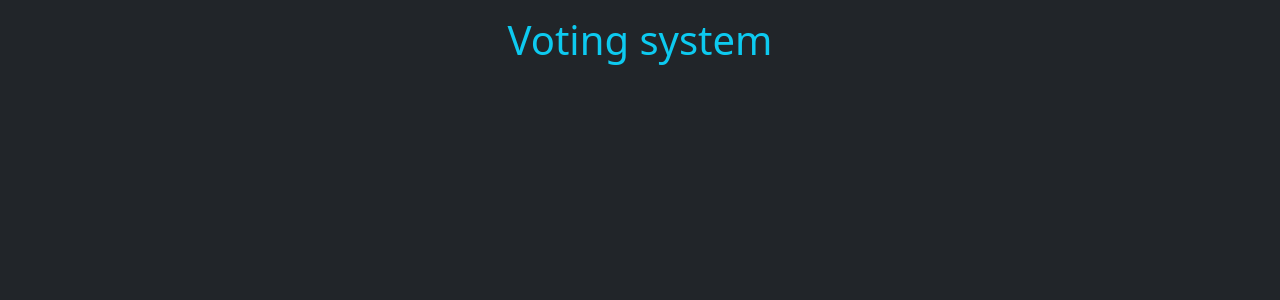
Repository: AvinashLikesToLearnNewStuff/VotingSite
Page: http://localhost/
An editor plug-in stored every save of this project. The page is shown before and after the next save, followed by the edit.
The browser window is 1280 px wide. The pictures show the whole page.
The page is run by PHP 8.4 with error messages shown; the project is at /var/www/html/.

Above is the page before, as saved 2023-03-09 09:48:13.

### index.php
<!DOCTYPE html>
<html lang="en">
<head>
    <meta charset="UTF-8">
    <meta http-equiv="X-UA-Compatible" content="IE=edge">
    <meta name="viewport" content="width=device-width, initial-scale=1.0">
    <title>PHP voting system</title>
    <!-- bootstrap css link -->
     <link href="https://cdn.jsdelivr.net/npm/bootstrap@5.2.3/dist/css/bootstrap.min.css" rel="stylesheet" integrity="sha384-rbsA2VBKQhggwzxH7pPCaAqO46MgnOM80zW1RWuH61DGLwZJEdK2Kadq2F9CUG65" crossorigin="anonymous">
</head>
<body class="bg-dark">
    <h1 class=  "text-info text-center p-3">Voting system</h1>
    <div class="bg-info">
        <h2 class="text-center"></h2>
    </div>

</body>
</html>

After the next save:
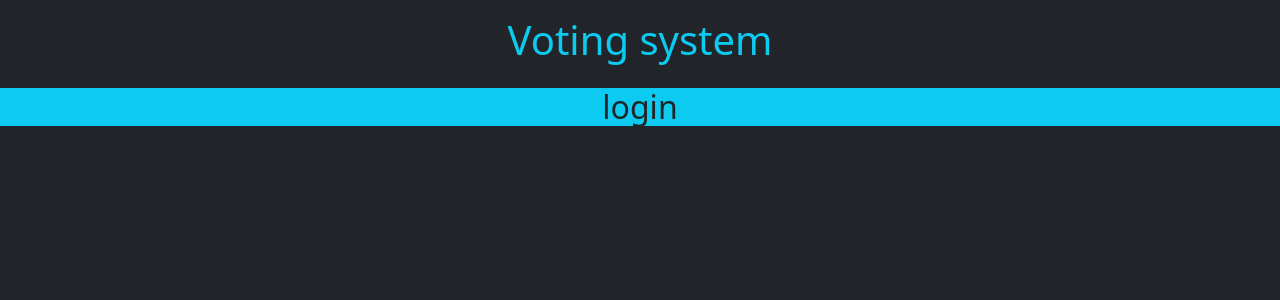
Saved 9 s later.
--- a/index.php
+++ b/index.php
@@ -11,7 +11,7 @@
 <body class="bg-dark">
     <h1 class=  "text-info text-center p-3">Voting system</h1>
     <div class="bg-info">
-        <h2 class="text-center"></h2>
+        <h2 class="text-center">login</h2>
     </div>
 
 </body>
